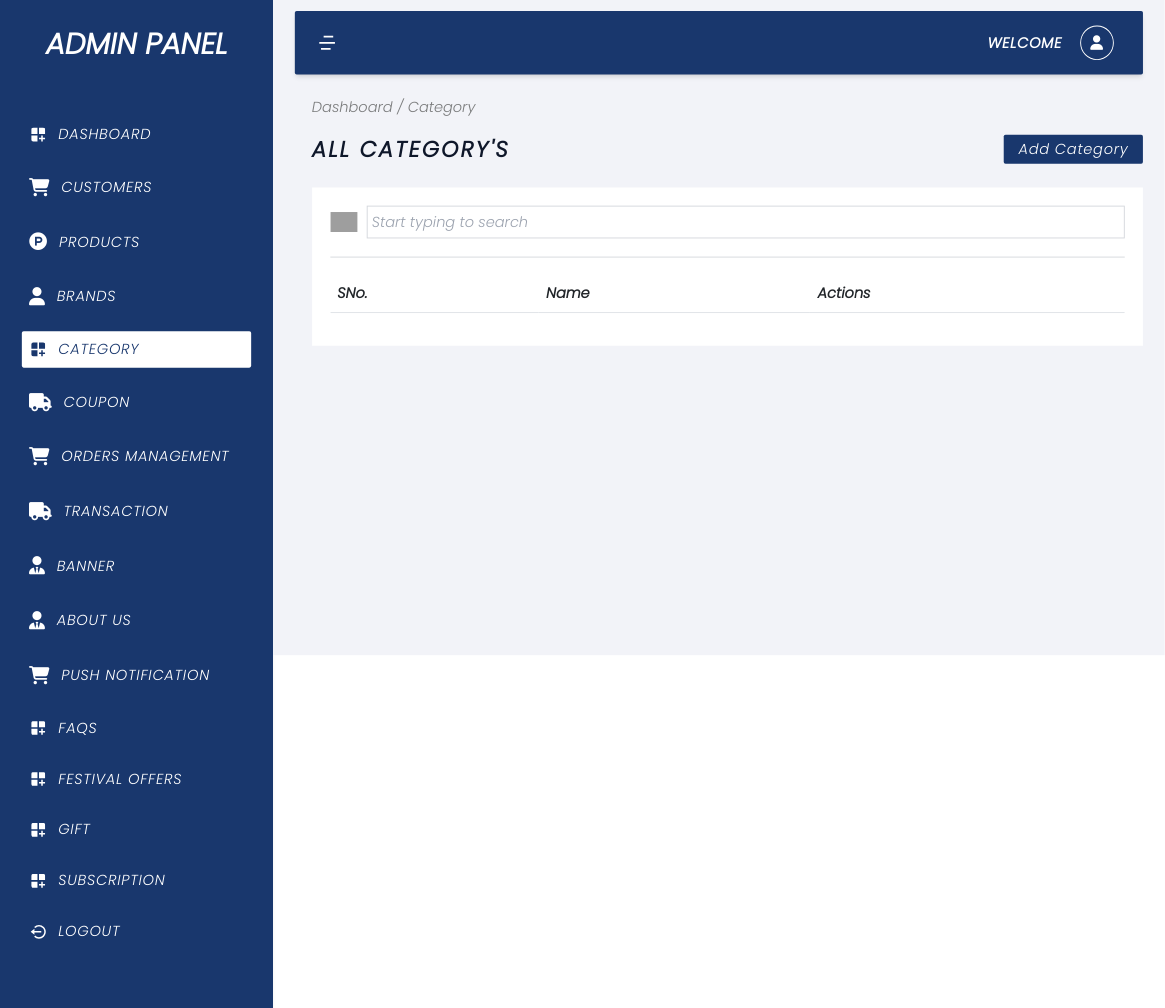
Repository: FlyweisReact/AnilAdminPanel
Page: /Category
The author's editor kept a copy of each file at every save. The page is drawn from the files as they stood at one save, then again after a run of saves.
The browser window is 1280 px wide. The pictures show the whole page, at 91% of full size.
Pictures or frames that could not be fetched are drawn as grey boxes. The page's requests for data from a server got no answer. Some web libraries are served in a nearby version. The project was rebuilt for these pictures with package versions that can differ from the ones it lists, and the page was loaded fresh each time. No one was signed in, and anything a server would have sent is missing. Also part of the build but not shown: src/E-CommerceAdmin/forms/Login.jsx, src/E-CommerceAdmin/pages/EProduct.js, src/E-CommerceAdmin/pages/EAdminOrders.js, src/E-CommerceAdmin/pages/EAdminDelivery.js, src/E-CommerceAdmin/pages/EAdminCustomer.js, src/E-CommerceAdmin/pages/EAdmin.js, src/E-CommerceAdmin/pages/ESubCategory.js, src/E-CommerceAdmin/pages/PushNotification.js and 6 more.

Above is the page before, as saved 2023-05-04 15:02:35.

### public/index.html
<!-- @format -->

<!DOCTYPE html>
<html lang="en">
  <head>
    <meta charset="utf-8" />
    <meta name="viewport" content="width=device-width, initial-scale=1" />
    <meta name="theme-color" content="#000000" />
    <meta
      name="description"
      content="Web site created using create-react-app"
    />
    <link rel="apple-touch-icon" href="%PUBLIC_URL%/favicon.ico?v=2" />
    <link rel="manifest" href="%PUBLIC_URL%/manifest.json" />
    <link rel="preconnect" href="https://fonts.googleapis.com">
<link rel="preconnect" href="https://fonts.gstatic.com" crossorigin>
<link href="https://fonts.googleapis.com/css2?family=Roboto+Mono:ital,wght@1,300&display=swap" rel="stylesheet">
    <title>Anil Admin Panel</title>
  </head>
  <body>
    <noscript>You need to enable JavaScript to run this app.</noscript>
    <div id="root"></div>
    <script src="https://code.jquery.com/jquery-3.6.0.min.js"></script>
    <script src="https://kit.fontawesome.com/b533b351e4.js" crossorigin="anonymous"></script>
  </body>
</html>

### src/index.js
import React from "react";
import ReactDOM from "react-dom/client";
import "./index.css";
import App from "./App";
import { BrowserRouter } from "react-router-dom";
import 'bootstrap/dist/css/bootstrap.min.css'

const root = ReactDOM.createRoot(document.getElementById("root"));
root.render(
  <React.StrictMode>
    <BrowserRouter>
      <App />
    </BrowserRouter>
  </React.StrictMode>
);

### src/index.css
/** @format */

@tailwind base;
@tailwind components;
@tailwind utilities;

@import url("https://fonts.googleapis.com/css2?family=Roboto+Mono:ital,wght@1,300&display=swap");
@font-face {
  font-family: Roboto;
  src: url("./Fonts/Poppins-LightItalic.ttf");
}
body {
  margin: 0;
  font-family: Roboto !important;
  -webkit-font-smoothing: antialiased;
  -moz-osx-font-smoothing: grayscale;
}

code {
  font-family: Roboto !important;
}

html {
  font-family: Roboto !important;
}

::-webkit-scrollbar {
  width: 10px;
}
.fa-trash {
  color: red;
  cursor: pointer;
}

.iCOn {
  transition: 0.5s;
  box-shadow: none;
  transform: scale(1);
}
.cardDiv {
  cursor: pointer;
}

.cardDiv:hover .iCOn {
  box-shadow: rgba(0, 0, 0, 0.35) 0px 5px 15px;
  transform: scale(1.3);
}

/* Track */
::-webkit-scrollbar-track {
  background: #f1f1f1;
}

/* Handle */
::-webkit-scrollbar-thumb {
  background: #888;
}

/* Handle on hover */
::-webkit-scrollbar-thumb:hover {
  background: #555;
}
.profileImage {
  width: 100px;
}
.fa-eye {
  color: #029aff;
  cursor: pointer;
}
.fa-edit {
  cursor: pointer;
  color: blue;
}

.View {
  border: 1px solid black;
  width: 100%;
  padding: 10px;
}

.main-card--container {
  display: grid;
  grid-template-columns: repeat(3, minmax(300px, 500px));
  grid-gap: 50px;
  justify-content: space-around;
}
.card-container {
  margin: 25px 0 auto;
  box-shadow: rgba(0, 0, 0, 0.35) 0px 5px 15px;
  position: relative;
  display: grid;
  grid-template-columns: 1fr;
  justify-content: space-around;
  align-items: flex-start;
}

.gridCont{
  display: grid;
  grid-template-columns: auto auto auto;
  justify-content: space-evenly;
  gap: 20px;
}
.gridCont div img{
  width: 300px;
  height: 200px;
}
.gridCont div p{
  margin: 0;
}
.gridCont div{
  padding: 10px;
  box-shadow: rgba(0, 0, 0, 0.35) 0px 5px 15px;
}
.gridCont div .head{
  font-weight: bold;
}
.gridCont div button{
  width: 100%;
  margin-top: 10px;

  border-radius: 0px;
  margin-bottom: 10px;
}



.myEdit:focus {
  box-shadow: rgba(0, 0, 0, 0.35) 0px 5px 15px;
}

.AstroLogin {
  color: #fff;
  background-color: #2b7a8e;
  padding: 10px;
  width: 380px;
  text-align: center;
  font-size: 20px;
  background: linear-gradient(to left, #2b7a8e 50%, #fff 50%) right;
  background-size: 200%;
  transition: 0.5s ease-out;
  border: 1px solid #2b7a8e;
  margin-top: 10px;
  text-transform: uppercase;
}
.AstroLogin:hover {
  background-position: left;
  color: #2b7a8e;
}

.EcommerceAdminLogin {
  color: #fff;
  background-color: #19376d;
  padding: 10px;
  width: 380px;
  text-align: center;
  font-size: 20px;
  background: linear-gradient(to left, #19376d 50%, #fff 50%) right;
  background-size: 200%;
  transition: 0.5s ease-out;
  border: 1px solid #19376d;
  margin-top: 10px;
  text-transform: uppercase;
}

.EcommerceAdminLogin:hover {
  background-position: left;
  color: #19376d;
}
.EcommerceVendorLogin {
  color: #fff;
  background-color: #576cbc;
  padding: 10px;
  width: 380px;
  text-align: center;
  font-size: 20px;
  background: linear-gradient(to left, #576cbc 50%, #fff 50%) right;
  background-size: 200%;
  transition: 0.5s ease-out;
  border: 1px solid #576cbc;
  margin-top: 10px;
  text-transform: uppercase;
}

.EcommerceVendorLogin:hover {
  background-position: left;
  color: #576cbc;
}

.view {
  background-color: #2196f3;
  color: #fff;
  width: 50%;
  padding: 5px;
}

.two-sec {
  display: flex;
  justify-content: space-evenly;
  justify-content: space-evenly;
}
.two-sec .left {
  width: 60%;
  background-color: #f6f1ef;
  padding: 20px;
}
.two-sec .left .head {
  font-size: 25px;
  font-weight: bold;
}

.two-sec .right {
  width: 30%;
  background-color: #f6f1ef;
}

.searchDiv {
  width: 100%;
  display: flex;
  gap: 10px;
  border: 1px solid rgb(179, 179, 179);
  padding: 10px;
  margin-bottom: 20px;
  align-items: center;
}
.searchDiv input {
  width: 94%;
  outline: none;
  border: none;
}

.flexCont {
  display: flex;
  align-items: center;
  gap: 10px;
}
.flexCont img {
  width: 60px;
  background-color: #e9ecef;
}

.blockContent {
  display: block;
}
.blockContent p {
  margin: 0;
}

.checkBox {
  width: 50px;
  height: 25px;
  background-color: #e9ecef;
  border-radius: 50px;
  position: relative;
  cursor: pointer;
}
.checkBox span {
  width: 20px;
  height: 20px;
  border-radius: 100%;
  background-color: #fff;
  position: absolute;
  left: 5px;
  top: 2px;
}
.ActivecheckBox {
  width: 50px;
  height: 25px;
  background-color: #0d6efd;
  border-radius: 50px;
  position: relative;
  cursor: pointer;
}
.ActivecheckBox span {
  width: 20px;
  height: 20px;
  border-radius: 100%;
  background-color: #fff;
  position: absolute;
  right: 5px;
  top: 2px;
}

.fa-eye {
  color: #0cba73;
  background-color: #d6f8e8;
  width: 40px;
  text-align: center;
  height: 40px;
  display: flex;
  border-radius: 100%;
  justify-content: center;
  padding-top: 10px;
  transition: 0.5s;
}

.fa-pen-to-square {
  color: #f4c39c;
  background-color: #ffebdb;
  width: 40px;
  text-align: center;
  height: 40px;
  display: flex;
  border-radius: 100%;
  justify-content: center;
  padding-top: 10px;
  cursor: pointer;
  transition: 0.5s;
}
.fa-trash {
  color: #df939f;
  background-color: #ffe1e8;
  width: 40px;
  text-align: center;
  height: 40px;
  display: flex;
  border-radius: 100%;
  justify-content: center;
  padding-top: 10px;
  cursor: pointer;
  transition: 0.5s;
}
.fa-trash:hover {
  transform: scale(1.2);
}
.fa-eye:hover {
  transform: scale(1.2);
}
.fa-pen-to-square:hover {
  transform: scale(1.2);
}
.required {
  color: #e74260;
}

.headP {
  margin-left: 2%;
  color: #7b7c7d;
}
.filterBox {
  display: flex;
  align-items: center;
  gap: 10px;
  border-bottom: 1px solid #d4d7dc;
  padding-bottom: 20px;
  margin-bottom: 20px;
}
.filterBox img {
  width: 30px;
}
.filterBox input {
  width: 100%;
  border: 1px solid #d4d7dc;
  outline: none;
  padding: 5px;
  color: black;
}
.sectionCont {
  width: 98%;
  background-color: #fff;
  margin-left: 2%;
  padding: 20px;
}

.overFlowCont {
  width: 100%;
  overflow-x: auto;
}

.UserProfile {
  border: 1px solid #fff;
  padding: 10px;
  border-radius: 100%;
  transition: 0.5s;
  margin-left: 20px;
  cursor: pointer;
}

.UserProfile:hover {
  background-color: #fff;
  color: #000;
}

.submitBtn{
  border-radius: 0 !important;
  background-color: #19376d !important  ;

}

.pagination{
display: flex;
justify-content: center;
align-items: center;
gap: 10px;
margin-bottom: 20px;
}
.pagination button{
  border: 1px solid black;
  padding: 10px;
}

.activePage{
  background-color: #19376d;
  color: #fff;
  border: 1px solid #19376d  !important;
}

.active{
  background-color: #fff;
  color:#19376d !important
}
.prevBtn{
  background-color: #fff;
  color: #19376d;
  border: 1px solid #19376d  !important;
  transition: 0.5s;
}

.prevBtn:hover , .prevBtn:focus , .prevBtn:active{
  background-color: #19376d;
  color: #fff;
  border: 1px solid #19376d  !important;
}
.prevBtn{
  background-color: #fff;
  color: #19376d;
  border: 1px solid #19376d  !important;
  transition: 0.5s;
}

.prevBtn:hover , .prevBtn:focus , .prevBtn:active{
  background-color: #19376d;
  color: #fff;
  border: 1px solid #19376d  !important;
}

### src/E-CommerceAdmin/pages/ECategory.js
/** @format */

import React, { useEffect, useState } from "react";
import HOC from "../layout/HOC";
import { Table, Modal, Form, Button } from "react-bootstrap";
import axios from "axios";
import { toast } from "react-toastify";

const ECategory = () => {
  const [modalShow, setModalShow] = React.useState(false);
  const [data, setData] = useState([]);
  const [query, setQuery] = useState("")
  const [currentPage2, setCurrentPage2] = useState(1);
  const [postPerPage2] = useState(5);
  const lastPostIndex2 = currentPage2 * postPerPage2;
  const firstPostIndex2 = lastPostIndex2 - postPerPage2;

  let pages2 = [];

  const TotolData = query
    ?
    data?.filter((i) => i.name?.toLowerCase().includes(query?.toLowerCase()))
    : data;

    useEffect(() => {
      if(query) {
        setCurrentPage2(1)
      }
    },[ query])

  const slicedData = TotolData?.slice(firstPostIndex2, lastPostIndex2);

  for (let i = 1; i <= Math.ceil(TotolData?.length / postPerPage2); i++) {
    pages2.push(i);
  }

  function Next() {
    setCurrentPage2(currentPage2 + 1);
  }

  function Prev() {
    if (currentPage2 !== 1) {
      setCurrentPage2(currentPage2 - 1);
    }
  }


  const fetchData = async () => {
    try {
      const { data } = await axios.get(
        " https://xw9mf13nwl.execute-api.ap-south-1.amazonaws.com/dev/api/v1/categories"
      );
      setData(data.data);
    } catch (e) {
      console.log("category err => ", e);
    }
  };

  useEffect(() => {
    fetchData();
  }, []);

  function MyVerticallyCenteredModal(props) {
    const [name, setName] = useState("");
    const [image, setImage] = useState("");

    const postHandler = async (e) => {
      e.preventDefault();
      const fd = new FormData()
      fd.append("name" , name)
      fd.append("image" , image)
      try {
        const { data } = await axios.post(
          " https://xw9mf13nwl.execute-api.ap-south-1.amazonaws.com/dev/api/v1/categories",
          fd
        );
        toast.success(data.message);
        fetchData();
        props.onHide();
      } catch (e) {
        console.log(e);
      }
    };

    return (
      <Modal
        {...props}
        size="lg"
        aria-labelledby="contained-modal-title-vcenter"
        centered
      >
        <Modal.Header closeButton>
          <Modal.Title id="contained-modal-title-vcenter">
            {" "}
            Add Categorys
          </Modal.Title>
        </Modal.Header>
        <Modal.Body>
          <Form onSubmit={postHandler}>
            <Form.Group className="mb-3">
              <Form.Label>Image</Form.Label>
              <Form.Control
                type="file"
                onChange={(e) => setImage(e.target.files[0])}
                required
              />
            </Form.Group>
            <Form.Group className="mb-3">
              <Form.Label>Name</Form.Label>
              <Form.Control
                type="text"
                required
                onChange={(e) => setName(e.target.value)}
              />
            </Form.Group>
            <Button
              style={{ backgroundColor: "#19376d", borderRadius: "0" }}
              type="submit"
            >
              Submit
            </Button>
          </Form>
        </Modal.Body>
      </Modal>
    );
  }

  const deleteHandler = async (id) => {
    try {
      const { data } = await axios.delete(
        `https://xw9mf13nwl.execute-api.ap-south-1.amazonaws.com/dev/api/v1/categories/${id}`
      );
      fetchData();
      toast.success(data.message);
    } catch (e) {
      console.log(e);
    }
  };

  return (
    <>
      <MyVerticallyCenteredModal
        show={modalShow}
        onHide={() => setModalShow(false)}
      />

      <section>
        <p className="headP">Dashboard / Category</p>
        <div
          className="pb-4 sticky top-0  w-full flex justify-between items-center"
          style={{ width: "98%", marginLeft: "2%" }}
        >
          <span
            className="tracking-widest text-slate-900 font-semibold uppercase"
            style={{ fontSize: "1.5rem" }}
          >
            All Category's
          </span>
          <button
            onClick={() => {
              setModalShow(true);
            }}
            className="md:py-2 px-3 md:px-4 py-1 rounded-sm bg-[#19376d] text-white tracking-wider"
          >
            Add Category
          </button>
        </div>

        <section className="sectionCont">
          <div className="filterBox">
            <img
              src="https://t4.ftcdn.net/jpg/01/41/97/61/360_F_141976137_kQrdYIvfn3e0RT1EWbZOmQciOKLMgCwG.jpg"
              alt=""
            />
            <input type="search" placeholder="Start typing to search" />
          </div>

          <div className="overFlowCont">
            <Table>
              <thead>
                <tr>
                  <th>SNo.</th>
                  <th>Name</th>
                  <th>Actions</th>
                </tr>
              </thead>
              <tbody>
                {data?.data?.map((i, index) => (
                  <tr key={index}>
                    <td> #{index + 1} </td>
                    <td>
                      <span className="flexCont">
                        <img src={i.image?.url} alt="" />
                        <p> {i.name} </p>
                      </span>
                    </td>

                    <td>
                      {" "}
                      <span className="flexCont">
                        <i
                          className="fa-sharp fa-solid fa-trash "
                          onClick={() => deleteHandler(i._id)}
                        ></i>
                      </span>
                    </td>
                  </tr>
                ))}
              </tbody>
            </Table>
          </div>
        </section>
      </section>
    </>
  );
};

export default HOC(ECategory);

### src/E-CommerceAdmin/layout/HOC.jsx
/** @format */

import React, { useState } from "react";
import Navbar from "./Navbar";
import Sidebar from "./Sidebar";

const HOC = (Wcomponenet) => {
  return function Component() {
    const [hamb, setHamb] = useState(false);
    return (
      <>
        <section className="flex overflow-x-hidden relative ">
          {/* Sidebar */}
          <div
            className={
              hamb
                ? " absolute top-0 z-30 md:w-auto shadow-md bg-slate-200  w-60 transition-all md:-left-full left duration-150  h-auto overflow-y-auto  left-0 "
                : " md:w-72 z-30 bg-slate-200  shadow-md  md:static absolute top-0 -left-full   transition-all duration-150  overflow-y-auto h-auto"
            }
            style={{ minWidth: "300px" }}
          >
            <Sidebar hamb={hamb} setHamb={setHamb} />
          </div>
          {/* Components & Navbar */}
          <div
            className={
              hamb
                ? " transition-all px-4 py-2  duration-150 w-full h-screen"
                : " w-full h-screen  px-4 py-2   z-50 transition-all duration-150 "
            }
            style={{backgroundColor : '#f2f3f8'}}
          >
            <Navbar hamb={hamb} setHamb={setHamb} />
            <div className="my-6 text-#000 h-[87%] wcomp overflow-y-auto">
              {" "}
              <Wcomponenet />
            </div>
          </div>
        </section>
      </>
    );
  };
};

export default HOC;

### src/E-CommerceAdmin/layout/Navbar.jsx
/** @format */

import { useState } from "react";
import { RiMenu4Line } from "react-icons/ri";
import { ProfileUpdate } from "../Modals/Modals";

const Navbar = ({ hamb, setHamb }) => {
  const [openProfile, setOpenProfile] = useState(false);

  return (
    <>
      <ProfileUpdate show={openProfile} onHide={() => setOpenProfile(false)} />

      <div
        className={
          hamb
            ? "flex  w-full justify-between  my-1 rounded-sm  p-4 py-3 shadow-md items-center  bg-slate-200 space-x-4"
            : "flex  w-full justify-between my-1 rounded-sm  p-4 py-3 shadow-md items-center  bg-slate-200 space-x-4"
        }
        style={{ backgroundColor: "#19376d" }}
      >
        <RiMenu4Line
          onClick={() => setHamb(!hamb)}
          className="text-2xl font-bold text-gray-900 hover:scale-90 cursor-pointer"
          style={{ color: "#fff" }}
        />

        <section className="flex sm:ml-auto justify-end sm:w-full items-center space-x-2  pr-2">
          <figcaption className="tracking-wider pl-1 font-semibold">
            <div
              className="lg:text-base text-sm text-gray-900  uppercase"
              style={{ color: "#fff" }}
            >
              Welcome
              <i
                className="fa-solid fa-user UserProfile"
                onClick={() => setOpenProfile(!openProfile)}
              ></i>
            </div>
          </figcaption>
        </section>
      </div>
    </>
  );
};

export default Navbar;

### src/E-CommerceAdmin/layout/Sidebar.jsx
/** @format */

import React from "react";
import { RiCloseLine } from "react-icons/ri";
import { Link, useLocation, useNavigate } from "react-router-dom";
import { BiLogOutCircle } from "react-icons/bi";
import { MdDashboardCustomize } from "react-icons/md";

const Sidebar = ({ hamb, setHamb }) => {
  const navigate = useNavigate();
  const location = useLocation();

  const nav = [
    {
      icon: <MdDashboardCustomize className="text-xl mr-3 rounded-full " />,
      link: "/E-Commerce/dashboard",
      name: "Dashboard",
    },

    {
      icon: (
        <i className="fa-solid fa-cart-shopping text-xl mr-3 rounded-full"></i>
      ),
      link: "/Customer",
      name: "Customers",
    },

    {
      icon: (
        <i className="fa-brands fa-product-hunt text-xl mr-3 rounded-full"></i>
      ),
      link: "/Product",
      name: "Products",
    },

    {
      icon: <i class="fa-solid fa-user text-xl mr-3 rounded-full"></i>,
      link: "/Brands",
      name: "Brands",
    },
    {
      icon: <MdDashboardCustomize className="text-xl mr-3 rounded-full " />,
      link: "/Category",
      name: "Category",
    },
    {
      icon: <i class="fa-solid fa-truck  text-xl mr-3 rounded-full"></i>,
      link: "/Coupon",
      name: "Coupon",
    },

    {
      icon: (
        <i className="fa-solid fa-cart-shopping text-xl mr-3 rounded-full"></i>
      ),
      link: "/Orders",
      name: "Orders Management",
    },
    {
      icon: <i class="fa-solid fa-truck  text-xl mr-3 rounded-full"></i>,
      link: "/Transation",
      name: "Transaction",
    },

    {
      icon: <i class="fa-solid fa-user-tie text-xl mr-3 rounded-full"></i>,
      link: "/Banner",
      name: "Banner",
    },
    {
      icon: <i class="fa-solid fa-user-tie text-xl mr-3 rounded-full"></i>,
      link: "/About",
      name: "About Us",
    },

    {
      icon: (
        <i className="fa-solid fa-cart-shopping text-xl mr-3 rounded-full"></i>
      ),
      link: "/Notification",
      name: "Push Notification",
    },

    {
      icon: <MdDashboardCustomize className="text-xl mr-3 rounded-full " />,
      link: "/Faqs",
      name: "FAQS",
    },
    {
      icon: <MdDashboardCustomize className="text-xl mr-3 rounded-full " />,
      link: "/wholeSale",
      name: "Festival Offers",
    },
    {
      icon: <MdDashboardCustomize className="text-xl mr-3 rounded-full " />,
      link: "/gift",
      name: "Gift ",
    },
    {
      icon: <MdDashboardCustomize className="text-xl mr-3 rounded-full " />,
      link: "/subs",
      name: "Subscription",
    },
  ];

  const logOut = () => {
    navigate("/");
  };

  return (
    <>
      <aside
        className="p-4 h-auto"
        style={{ backgroundColor: "#19376d", minHeight: "100vh" }}
      >
        {/* Top */}
        <div className="w-full md:hidden relative  p-2 mb-4">
          <RiCloseLine
            onClick={() => setHamb(!hamb)}
            className="text-3xl  absolute top-2 sm:hover:rotate-[228deg] transition-transform font-bold right-2 sm:hover:text-[22px] text-[rgb(241,146,46)] cursor-pointer"
          />
        </div>{" "}
        <figure className="flex  flex-col items-center">
          <span
            className="font-bold text-[#fff]"
            style={{
              fontSize: "2rem",
              textAlign: "center",
              textTransform: "uppercase",
            }}
          >
            ADMIN PANEL
          </span>
        </figure>
        <nav className="py-6">
          {nav.map((nav) => {
            return (
              <Link
                to={nav.link}
                key={nav.name}
                className=""
                style={{ textDecoration: "none", textTransform: "uppercase" }}
              >
                <span
                  className={
                    location.pathname === nav.link
                      ? "active flex my-3 items-center cursor-pointer text-gray-900    tracking-wider p-2 rounded-sm "
                      : "flex my-3 items-center cursor-pointer text-gray-900    tracking-wider p-2 rounded-sm "
                  }
                  style={{ color: "#FFF" }}
                >
                  {nav.icon} {nav.name}
                </span>
              </Link>
            );
          })}
          <span
            className="flex my-3 items-center cursor-pointer text-gray-900    tracking-wider p-2 rounded-sm"
            onClick={() => logOut()}
            style={{ color: "#FFF", textTransform: "uppercase" }}
          >
            <BiLogOutCircle className="text-xl mr-3 rounded-full " /> LogOut
          </span>
        </nav>
      </aside>
    </>
  );
};

export default Sidebar;

Loaded but not shown: tailwind.config.js (common file); src/App.js (48 lines, source omitted); src/E-CommerceAdmin/Modals/Modals.js (42 lines, source omitted)

After the next 2 saves:
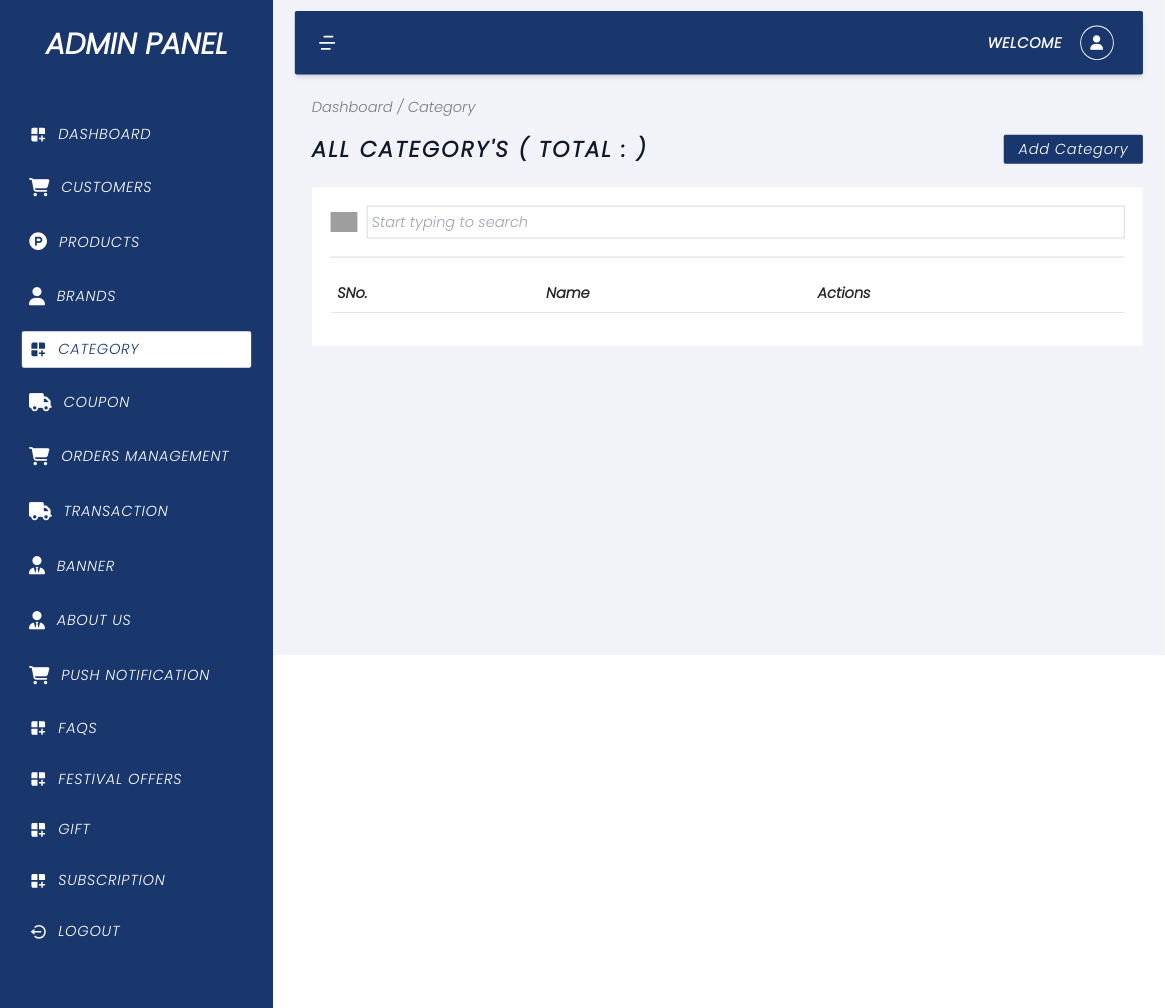
The 2 saves are shown as one change because they came seconds apart.
The last was saved 32 s later.
--- a/src/E-CommerceAdmin/pages/ECategory.js
+++ b/src/E-CommerceAdmin/pages/ECategory.js
@@ -154,7 +154,7 @@ const ECategory = () => {
             className="tracking-widest text-slate-900 font-semibold uppercase"
             style={{ fontSize: "1.5rem" }}
           >
-            All Category's
+            All Category's ( Total : {})
           </span>
           <button
             onClick={() => {
